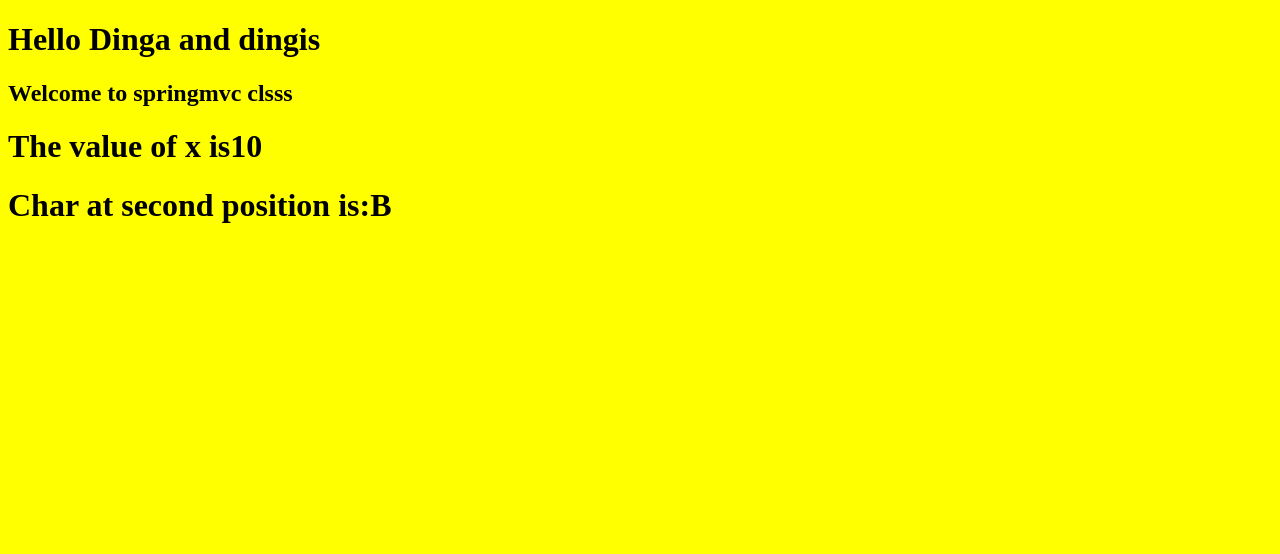
Repository: priyaadya/spring-practice-codes
Page: http://localhost/SpringmvcProject/home
These files come from the project's save history. The page is drawn as it stood at one moment and after the next save; the edit follows.
The browser window is 1280 px wide. The pictures show the whole page.
The page is served by Tomcat 9.

Above is the page before, as saved 2023-05-31 07:21:49.

After the next save:
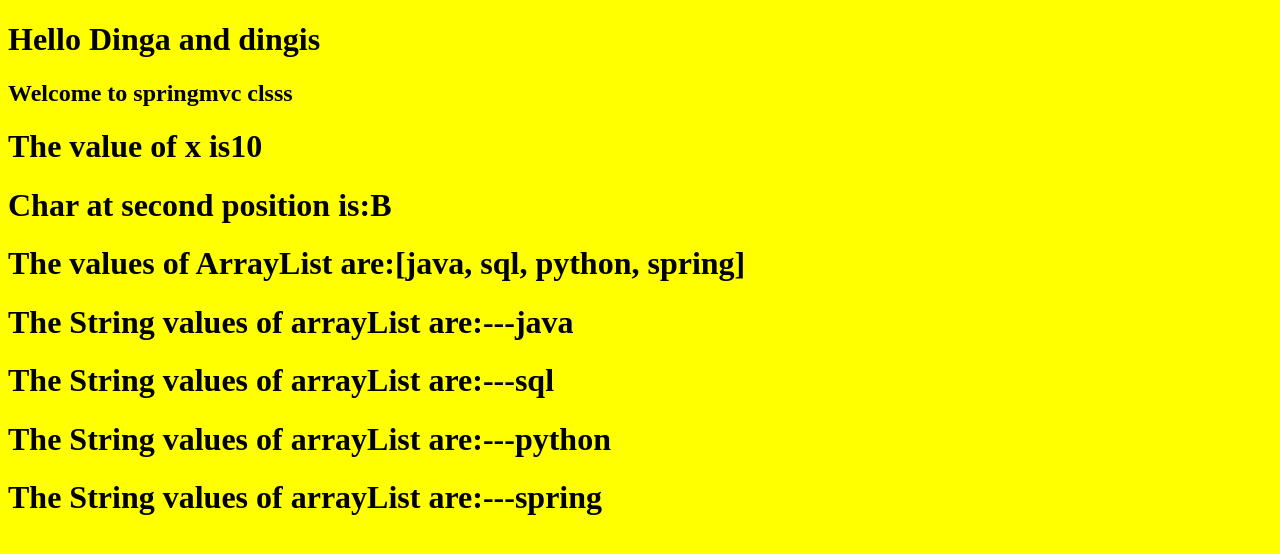
Saved 68 s later.
--- a/SpringmvcProject/src/main/webapp/WEB-INF/views/index.jsp
+++ b/SpringmvcProject/src/main/webapp/WEB-INF/views/index.jsp
@@ -23,6 +23,17 @@ b.add("spring");
 %>
 <h1>The value of x is<%=x %></h1>
 <h1>Char at second position is:<%=a.charAt(1) %></h1>
+<h1>The values of ArrayList are:<%=b %></h1>
+
+<%
+for(String c:b)
+{
+%>
+	<h1>The String values of arrayList are:---<%=c%></h1>
+<%
+}
+
+%>
 
 </body>
 </html>
